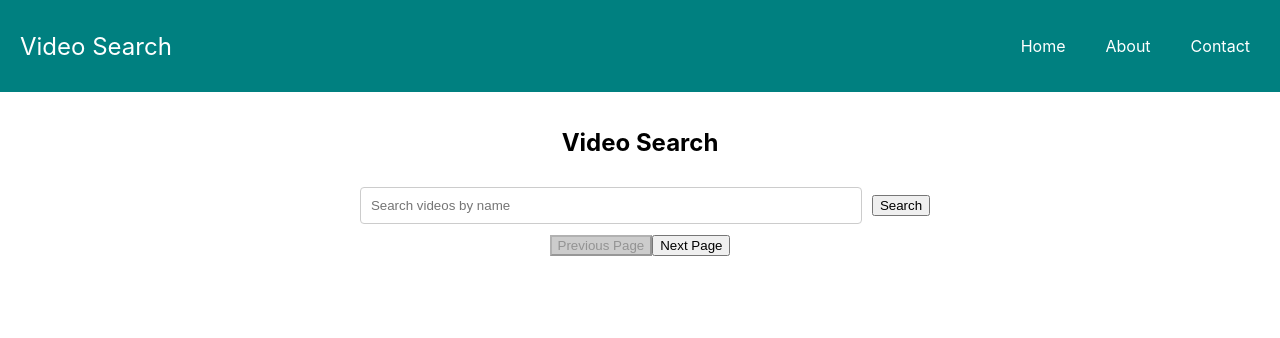
Repository: LolaSL/video-search
Page: /
These files come from the project's save history. The page is drawn as it stood at one moment and after the next save; the edit follows.
The browser window is 1280 px wide. The pictures show the whole page.
The project was rebuilt for these pictures with package versions that can differ from the ones it lists, and the page was loaded fresh each time.

Above is the page before, as saved 2023-08-12 13:51:59.

### src/App.js
import React from 'react';
import './App.css';
import VideoSearch from './VideoSearch';
import Navbar from './Navbar';
import { BrowserRouter as Router } from 'react-router-dom';

function App() {
  return (
    <Router>
      <div className="App">
        <Navbar />
        <div className="container">
          <VideoSearch />
        </div>
      </div>
    </Router>
  );
}

export default App;

### src/App.css
.App {
  text-align: center;
  text-shadow: 1px 1px solid grey;

}

.container {
  max-width: 800px;
  margin: 0 auto;
  padding: 20px;
}

h1 {
  font-size: 24px;
  margin-bottom: 20px;
}

input[type="text"] {
  padding: 10px;
  width:60%;
  margin: 10px;
  border: 1px solid #ccc;
  border-radius: 4px;
}

.video-item {
  background-color: #ffffff;
  border-radius: 10px;
  box-shadow: 0 4px 6px rgba(0, 0, 0, 0.1);
}


box-shadow: 0 0 5px #888;
margin: 15px;
}

button {
  margin: 10px;
  padding: 10px 20px;
  background: teal;
  color: #fff;
  border: none;
  border-radius: 4px;
  cursor: pointer;
}

button:disabled {
  background-color: #ccc;
  cursor: not-allowed;
}

iframe {
  width: 100%;
  height: 415px;
  border: none;
  margin-top: 15px;
}

.video-item {
  margin: 20px 0;
  padding: 20px;
  border: 1px solid #ccc;
  border-radius: 4px;
}

.video-title {
  font-size: 18px;
  margin-bottom: 10px;
}

.pagination {
  margin-top: 20px;
}

.pagination button {
  margin-right: 10px;
}
/* Navbar styles */
.navbar {
  display: flex;
  justify-content: space-between;
  align-items: center;
  padding: 10px 20px;
  background: teal;
  color: white;
}

.navbar-logo {
  font-size: 1.5rem;
}

.nav-toggle {
  display: none;
  background: none;
  border: none;
  color: white;
  font-size: 1rem;
  cursor: pointer;
}

.navbar-nav {
  list-style: none;
  display: flex;
  gap: 20px;
}

.nav-item {
  padding: 10px;
}

.nav-link {
  color: white;
  text-decoration: none;
}

/* Show the navigation links when the navbar is open */
.navbar-nav.open {
  display: flex;
  flex-direction: column;
  position: absolute;
  background-color: #333;
  top: 55px;
  right: 20px;
  z-index: 1000;
}


@media screen and (max-width: 768px) {

  .container {
    padding: 10px;
    margin: 30px;
  }

  input[type="text"] {
    width:80%;
    margin: 20px;
    margin-bottom: 10px;
  }

  button {
    width: 50%;
    margin-bottom: 10px;
  }

  .video-item {
    padding: 10px;
    margin: 10px 20px;
  }

  .pagination {
    text-align: center;
  }
}

### src/VideoSearch.jsx
import React, { useState } from 'react';
import axios from 'axios';

const API_KEY = 'AIzaSyAZw_7fp6hzKHZ_UNfC9jRiNJBWZQnTOmM';
const CHANNEL_ID = 'CSgDjZ_Vv8g';
const RESULTS_PER_PAGE = 10;


const VideoSearch = () => {
    const [videos, setVideos] = useState([]);
    const [searchTerm, setSearchTerm] = useState('');
    const [currentPage, setCurrentPage] = useState(1);

    const searchVideos = async () => {
      try {
        const response = await axios.get(
          `https://www.googleapis.com/youtube/v3/search?key=${API_KEY}&channelId=${CHANNEL_ID}&part=snippet,id&type=video&q=${searchTerm}&maxResults=${RESULTS_PER_PAGE}&pageToken=${currentPage > 1 ? videos.length : ''}`
        );

        setVideos(response.data.items);
      } catch (error) {
        console.error('Error fetching videos:', error);
      }
    };

    const handlePageChange = (newPage) => {
      setCurrentPage(newPage);
      searchVideos();
    };

    return (
      <div>
        <h1>Video Search</h1>
        <input
          type="text"
          placeholder="Search videos by name"
          value={searchTerm}
          onChange={(e) => setSearchTerm(e.target.value)}
        />
        <button onClick={() => handlePageChange(1)}>Search</button>

            <div className="video-list">
          {videos.map((video) => (
            <div key={video.id.videoId}>
              <h2>{video.snippet.title}</h2>
              <iframe
                title={video.snippet.title}
                width="560"
                height="415"
                src={`https://www.youtube.com/embed/${video.id.videoId}`}
                allowFullScreen
              ></iframe>
            </div>
          ))}
        </div>

        <div>
          <button
            onClick={() => handlePageChange(currentPage - 1)}
            disabled={currentPage === 1}
          >
            Previous Page
          </button>
          <button onClick={() => handlePageChange(currentPage + 1)}>Next Page</button>
        </div>
      </div>
    );
  };

  export default VideoSearch;

### src/Navbar.jsx
import React, { useState } from 'react';
import { Link } from 'react-router-dom';

const Navbar = () => {
  const [isNavOpen, setIsNavOpen] = useState(false);

  const toggleNav = () => {
    setIsNavOpen(!isNavOpen);
  };

  return (
    <nav className="navbar">
      <div className="navbar-brand">
        <span className="navbar-logo">Video Search</span>
      </div>
      <button className="nav-toggle" onClick={toggleNav}>
        {isNavOpen ? 'Close' : 'Open'}
      </button>
      <ul className={`navbar-nav ${isNavOpen ? 'open' : ''}`}>
        <li className="nav-item">
          <Link to="/" className="nav-link">Home</Link>
        </li>
        <li className="nav-item">
          <Link to="/about" className="nav-link">About</Link>
        </li>
        <li className="nav-item">
          <Link to="/contact" className="nav-link">Contact</Link>
        </li>
      </ul>
    </nav>
  );
};

export default Navbar;

Loaded but not shown: public/index.html (common file); src/index.js (common file); src/index.css (common file); src/reportWebVitals.js (common file)

After the next save:
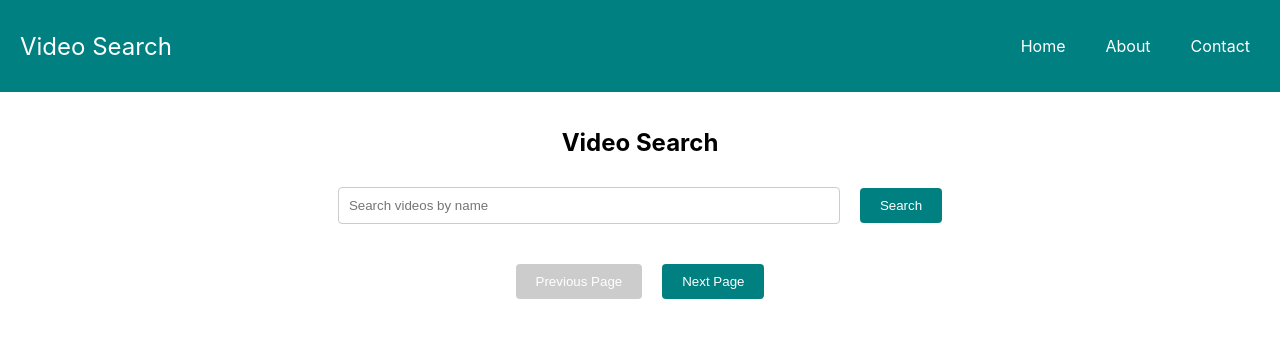
Saved 47 s later.
--- a/src/App.css
+++ b/src/App.css
@@ -23,16 +23,14 @@ input[type="text"] {
   border-radius: 4px;
 }
 
-.video-item {
-  background-color: #ffffff;
-  border-radius: 10px;
-  box-shadow: 0 4px 6px rgba(0, 0, 0, 0.1);
+/* Video List */
+.video-list {
+  display: grid;
+  grid-template-columns: repeat(auto-fill, minmax(300px, 1fr));
+  gap: 20px;
+  margin-top: 20px;
 }
 
-
-box-shadow: 0 0 5px #888;
-margin: 15px;
-}
 
 button {
   margin: 10px;
